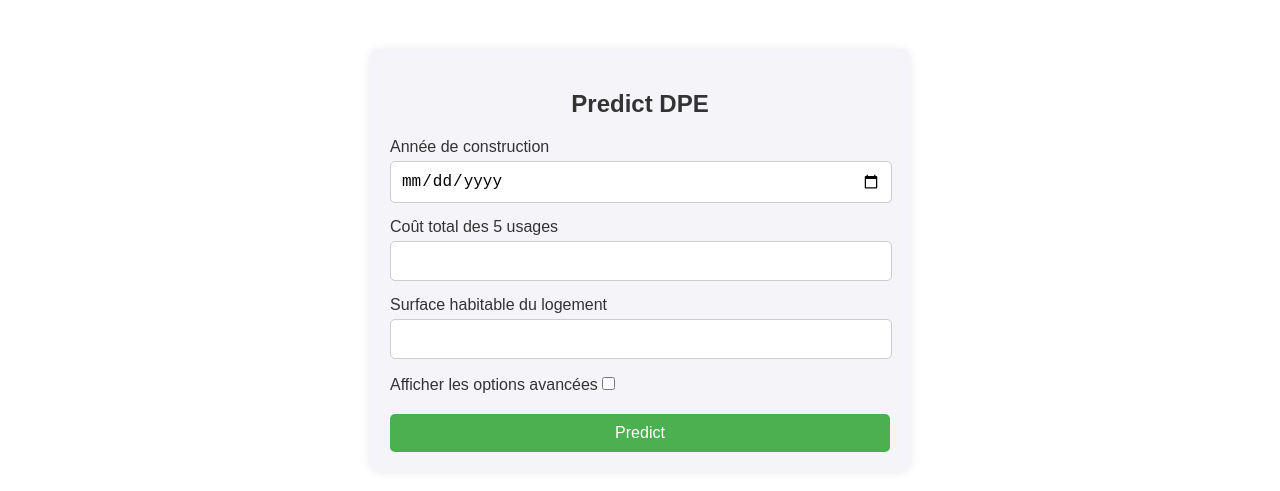
Repository: abdouAppcraft/Predict-DPE
Page: /
An editor plug-in stored every save of this project. The page is shown before and after the next save, followed by the edit.
The browser window is 1280 px wide. The pictures show the whole page.
The page's requests for data from a server got no answer. The project was rebuilt for these pictures with package versions that can differ from the ones it lists, and the page was loaded fresh each time. No one was signed in, and anything a server would have sent is missing. Also part of the build but not shown: src/screens/Result/Result.tsx.

Above is the page before, as saved 2024-06-11 17:02:35.

### src/App.tsx
import React from "react";
import PredictForm from "./screens/PredictForm/PredictForm";
import { createBrowserRouter, RouterProvider } from "react-router-dom";
import Result from "./screens/Result/Result";

const router = createBrowserRouter([
  {
    path: "/",
    Component: PredictForm,
  },
  {
    path: "/result",
    Component: Result,
  },
]);

const App: React.FC = () => {
  return (
    <>
      <RouterProvider router={router} />
    </>
  );
};

export default App;

### src/screens/PredictForm/PredictForm.tsx
import React, { useState } from "react";
import { useNavigate } from "react-router-dom";
import { useDpeOptions } from "../../hooks/useDpeOptions";
import "./PredictForm.css";
import strings from "../../strings/string";
import axios from "axios";
import computeData from "../../utils/computeData";

type Field = {
  name: string;
  type: string;
};

const field: Field[] = [
  { name: "Annee_construction", type: "date" },
  { name: "Cout_total_5_usages", type: "number" },
  { name: "Surface_habitable_logement", type: "number" },
];

const advancedField: Field[] = [
  { name: "Qualite_isolation_enveloppe", type: "select" },
  { name: "Type_energie_principale_chauffage", type: "select" },
  { name: "Type_installation_chauffage", type: "select" },
  { name: "Code_postal_BAN", type: "address" },
  { name: "Conso_5_usages_e_finale", type: "number" },
  { name: "Conso_5_usagesm2_e_finale", type: "number" },
  { name: "Emission_GES_5_usages", type: "number" },
  { name: "Emission_GES_5_usages_par_m2", type: "number" },
  { name: "Cout_chauffage", type: "number" },
  { name: "Cout_ECS", type: "number" },
  { name: "Qualite_isolation_menuiseries", type: "select" },
];

const PredictForm: React.FC = () => {
  const [formData, setFormData] = useState<Record<string, any>>({});
  const [advancedOp, setAdvancedOp] = useState<boolean>(false);

  const [prediction, setPrediction] = useState<string | null>(null);
  const navigate = useNavigate();
  const options = useDpeOptions();

  console.log({ options });

  const handleChange = (
    e: React.ChangeEvent<HTMLInputElement | HTMLSelectElement>
  ) => {
    const { name, value, type } = e.target;
    if (type === "checkbox") {
      setFormData({
        ...formData,
        [name]: (e.target as HTMLInputElement).checked,
      });
    } else {
      setFormData({
        ...formData,
        [name]: value,
      });
    }
  };

  const handleSubmit = async (e: React.FormEvent) => {
    e.preventDefault();
    try {
      const response = await axios.post(
        "http://localhost:8000/",
        computeData(formData)
      );
      // console.log("Prediction Response:", response.data); // Ajoutez ce journal pour voir la réponse
      // setPrediction(response.data.predicted_DPE);
      if (response.data) {
        setPrediction(JSON.stringify(response.data));
      }
    } catch (error) {
      console.error("There was an error making the request:", error);
    }
  };

  const renderRow = (f: Field) => {
    switch (f.type) {
      case "select":
        return (
          <div className="form-group">
            <label>{strings[f.name as keyof typeof strings]}</label>
            <select
              name={f.name}
              value={formData[f.name]}
              onChange={handleChange}
              required
            >
              {options &&
                Object.hasOwn(options, f.name) &&
                options[f.name as keyof typeof options].map(
                  (option: string) => {
                    return <option>{option} </option>;
                  }
                )}
            </select>
          </div>
        );
        break;

      default:
        return (
          <>
            <div className="form-group">
              <label>{strings[f.name as keyof typeof strings]}</label>
              <input
                type={f.type}
                name={f.name}
                value={formData[f.name]}
                onChange={handleChange}
                required
              />
            </div>
          </>
        );
    }
  };

  return (
    <main className="predict-form">
      <section>
        <h1>Predict DPE</h1>
        <form onSubmit={handleSubmit}>
          {field.map((f) => renderRow(f))}
          <div
            className="form-group"
            style={{ display: "flex", alignItems: "baseline" }}
          >
            <label htmlFor="advancedField">
              {advancedOp
                ? "Masquer les Options avancées"
                : "Afficher les options avancées"}
            </label>
            <input
              type="checkbox"
              name="advancedField"
              checked={advancedOp}
              onChange={(e) => setAdvancedOp(!advancedOp)}
            />
          </div>
          {advancedOp && advancedField.map((f) => renderRow(f))}
          <button type="submit" className="submit-btn">
            Predict
          </button>
        </form>
      </section>
      {prediction && (
        <section>
          <h2>Predicted DPE: {prediction}</h2>
        </section>
      )}
    </main>
  );
};

export default PredictForm;

### src/hooks/useDpeOptions.tsx
import axios from "axios";
import { useEffect, useState } from "react";

type DPE_Options_Type = {
  Qualite_isolation_enveloppe: string[];
  Type_energie_principale_chauffage: string[];
  Type_installation_chauffage: string[];
  Qualite_isolation_menuiseries: string[];
};
export const useDpeOptions = () => {
  const [options, setOptions] = useState<DPE_Options_Type>();

  useEffect(() => {
    axios
      .get<DPE_Options_Type>("http://127.0.0.1:8000/dpe/options")
      .then((res) => {
        setOptions(res.data);
      });
  }, []);

  return options;
};

### src/screens/PredictForm/PredictForm.css
.predict-form {
    max-width: 500px;
    margin: 50px auto;
    padding: 20px;
    background-color: #f4f4f9;
    border-radius: 10px;
    box-shadow: 0 0 10px rgba(0, 0, 0, 0.1);
    font-family: Arial, sans-serif;
}

.predict-form h1 {
    text-align: center;
    color: #333;
}

.form-group {
    margin-bottom: 15px;
}

.form-group label {
    display: block;
    margin-bottom: 5px;
    color: #333;
}

.form-group input,
.form-group select {
    width: calc(100% - 20px);
    padding: 10px;
    border: 1px solid #ccc;
    border-radius: 5px;
    font-size: 16px;
}

.form-group input[type="checkbox"] {
    width: auto;
}

.submit-btn {
    width: 100%;
    padding: 10px;
    background-color: #4CAF50;
    color: white;
    border: none;
    border-radius: 5px;
    font-size: 16px;
    cursor: pointer;
    transition: background-color 0.3s ease;
}

.submit-btn:hover {
    background-color: #45a049;
}

h2 {
    text-align: center;
    color: #333;
    margin-top: 20px;
}

### src/strings/string.ts
const strings = {
  Annee_construction: "Année de construction",
  Cout_total_5_usages: "Coût total des 5 usages",
  Surface_habitable_logement: "Surface habitable du logement",
  Qualite_isolation_enveloppe: "Qualité de l'isolation de l'enveloppe",
  Type_energie_principale_chauffage: "Type d'énergie principale de chauffage",
  Type_installation_chauffage: "Type d'installation de chauffage",
  Code_postal_BAN: "Code postal BAN",
  Conso_5_usages_e_finale: "Consommation des 5 usages en énergie finale",
  Conso_5_usagesm2_e_finale:
    "Consommation des 5 usages par m² en énergie finale",
  Emission_GES_5_usages: "Émission de GES des 5 usages",
  Emission_GES_5_usages_par_m2: "Émission de GES des 5 usages par m²",
  Cout_chauffage: "Coût du chauffage",
  Cout_ECS: "Coût de l'ECS",
  Qualite_isolation_menuiseries: "Qualité de l'isolation des menuiseries",
};

export default strings;

### src/utils/computeData.ts
const computeData = (data: Record<string, any>) => {
  const newData = { ...data };
  for (var key in data) {
    if (key === "Annee_construction") {
      newData[key] = new Date(data[key]).getFullYear;
    }
  }
  return newData;
};

export default computeData;

Loaded but not shown: public/index.html (common file); src/index.tsx (common file); src/index.css (common file); src/reportWebVitals.ts (common file)

After the next save:
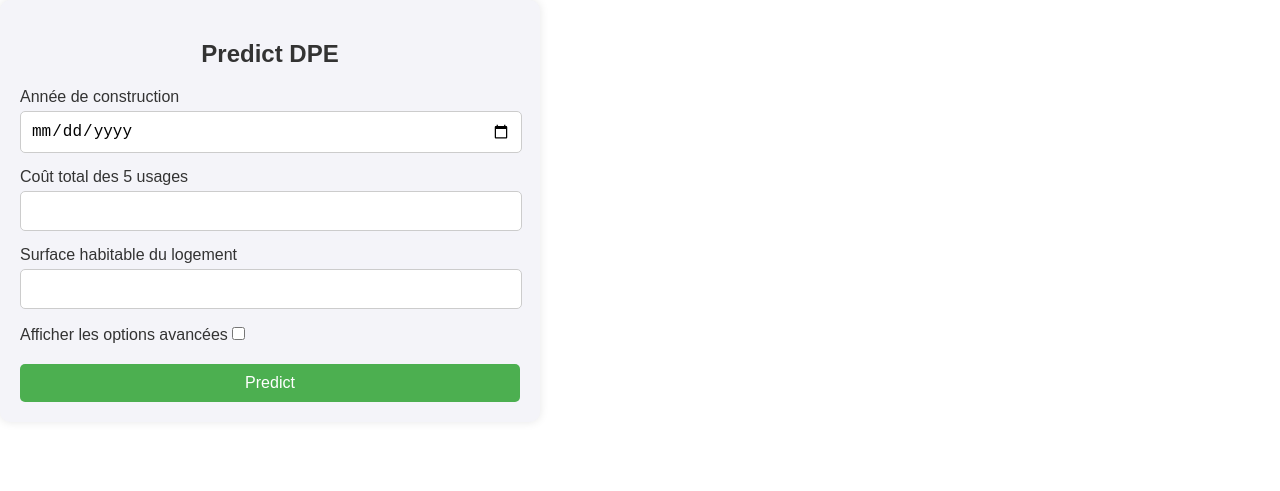
Saved 20 s later.
--- a/src/screens/PredictForm/PredictForm.css
+++ b/src/screens/PredictForm/PredictForm.css
@@ -1,6 +1,6 @@
 .predict-form {
+
     max-width: 500px;
-    margin: 50px auto;
     padding: 20px;
     background-color: #f4f4f9;
     border-radius: 10px;
